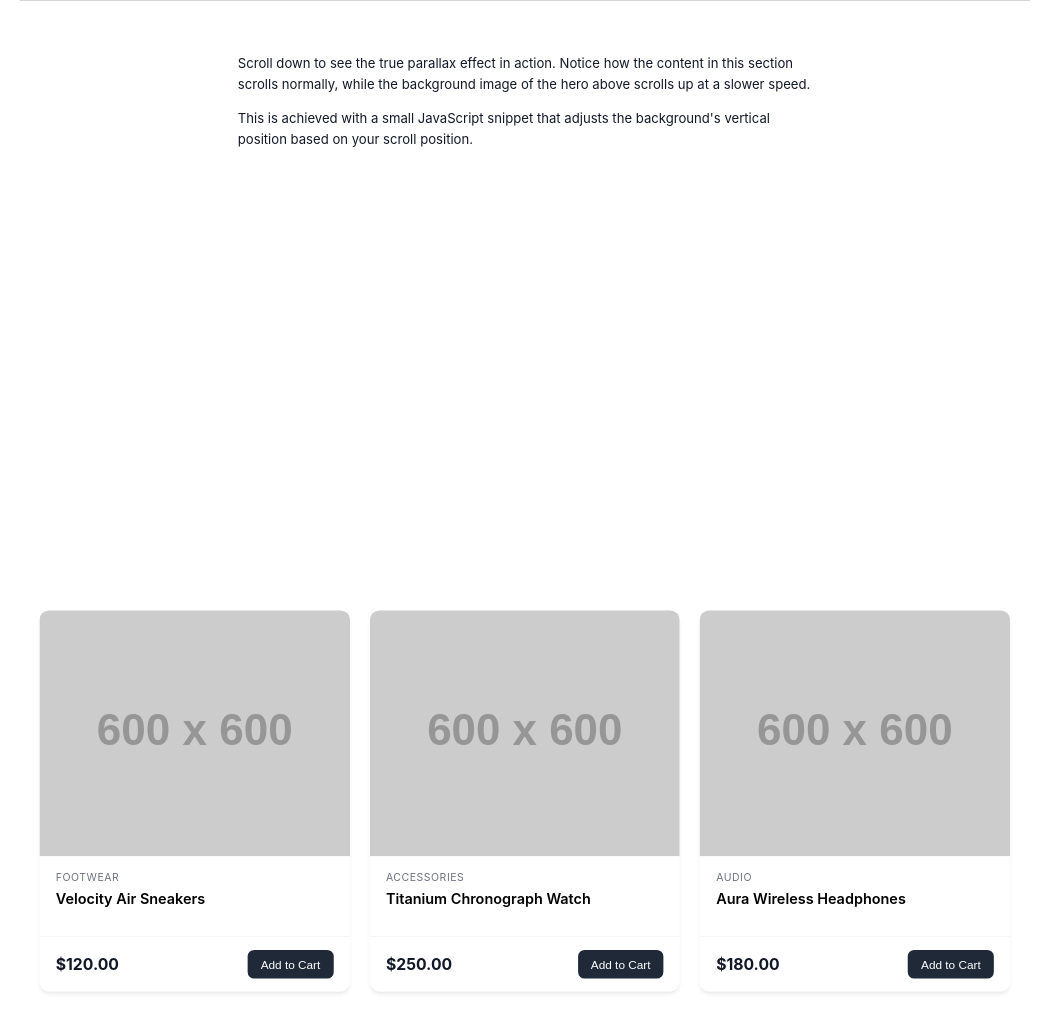
Repository: rywkoo/guitar-mart
Page: http://localhost/
These files come from the project's save history. The page is drawn as it stood at one moment and after the next save; the edit follows.
The browser window is 1280 px wide. The pictures show the part of the page from y = 748 to 2144 px (the page is 1981 px tall before and 2144 px after), at 82% of full size.
The page is served by the project's application, run on Flask 3 (app.py). Other server files are loaded and not shown.

Above is the page before, as saved 2025-10-28 12:47:55.

### templates/home.html
{% extends "base.html" %}
{% block title %}Home - Mini Mart{% endblock %}

{% block content %}
<style>
    :root {
        /*
            Using an image from picsum.photos for demonstration.
            Replace with your own image.
        */
        --psh-bg-image: url('https://picsum.photos/id/1015/1600/1200');
        --psh-min-height: 90vh;
        --psh-padding: 0rem 0rem;
        --psh-text-color: #ffffff;
        --psh-overlay-color: rgba(17, 24, 39, 0.5);
        --psh-cta-bg: #fff;
        --psh-cta-text-color: #111827;
        --psh-cta-hover-bg: #f3f4f6;
    }
    .parallax-hero {
        box-sizing: border-box;
        font-family: ui-sans-serif, system-ui, -apple-system, BlinkMacSystemFont, "Segoe UI", Roboto, "Helvetica Neue", Arial, "Noto Sans", sans-serif, "Apple Color Emoji", "Segoe UI Emoji", "Segoe UI Symbol", "Noto Color Emoji";
        min-height: var(--psh-min-height);
        padding: var(--psh-padding);
        width: 100%;
        position: relative;
        display: flex;
        justify-content: center;
        align-items: center;
        text-align: center;
        background-image: var(--psh-bg-image);
        background-position: center 0;
        background-repeat: no-repeat;
        background-size: cover;
    }
    .parallax-hero::before {
        content: '';
        position: absolute;
        top: 0; left: 0; right: 0; bottom: 0;
        background-color: var(--psh-overlay-color);
        z-index: 1;
    }
    .parallax-hero * {
         box-sizing: border-box;
    }
    .psh-content {
        position: relative;
        z-index: 2;
        max-width: 900px;
        color: var(--psh-text-color);
    }
    .psh-content .title {
        font-size: clamp(2.5rem, 6vw, 4.5rem);
        font-weight: 800;
        line-height: 1.1;
        margin: 0 0 1rem;
        text-shadow: 0 2px 4px rgba(0,0,0,0.2);
    }
    .psh-content .subtitle {
        font-size: clamp(1.1rem, 3vw, 1.25rem);
        margin: 0 0 2rem;
        max-width: 700px;
        margin-left: auto;
        margin-right: auto;
    }
    .psh-content .cta {
        display: inline-block;
        background-color: var(--psh-cta-bg);
        color: var(--psh-cta-text-color);
        padding: 0.9rem 2.2rem;
        border-radius: 8px;
        border: none;
        font-size: 1.05rem;
        font-weight: 600;
        text-decoration: none;
        cursor: pointer;
        transition: background-color 0.3s ease;
    }
    .psh-content .cta:hover {
        background-color: var(--psh-cta-hover-bg);
    }

    /* Extra content section for demonstrating the scroll effect */
    .scroll-demo-content {
        height: 100vh; /* Ensures a lot of scroll space */
        padding: 4rem 1.5rem;
        background-color: #fff;
        color: #111827;
    }
    .scroll-demo-content p {
        max-width: 700px;
        margin: 0 auto 1rem;
        line-height: 1.6;
    }

    /* === Grid Container for the Cards === */
    .cards-grid-container {
        display: grid;
        grid-template-columns: repeat(auto-fill, minmax(280px, 1fr));
        gap: 1.5rem;
        padding: 1.5rem;
    }

    /* === Product Card Styles === */
    .product-card {
        --product-card-radius: 12px;
        --product-card-shadow: 0 4px 6px -1px rgba(0,0,0,0.07), 0 2px 4px -2px rgba(0,0,0,0.07);

        background-color: #ffffff;
        border-radius: var(--product-card-radius);
        box-shadow: var(--product-card-shadow);
        overflow: hidden;
        display: flex;
        flex-direction: column;
        transition: box-shadow 0.2s ease, transform 0.2s ease;
    }

    .product-card:hover {
        transform: translateY(-5px);
        box-shadow: 0 10px 15px -3px rgba(0,0,0,0.1), 0 4px 6px -4px rgba(0,0,0,0.1);
    }

    .product-card a.product-card-link {
        text-decoration: none;
        color: inherit;
    }

    /* Image container */
    .product-card-image-container {
        position: relative;
        background-color: #f3f4f6; /* Fallback for transparent images */
    }

    .product-card-image {
        width: 100%;
        height: 300px;
        object-fit: cover;
        display: block;
    }

    /* Product details */
    .product-card-content {
        padding: 1rem 1.25rem;
        display: flex;
        flex-direction: column;
        flex-grow: 1; /* Pushes footer to the bottom */
    }

    .product-card-category {
        font-size: 0.8rem;
        color: #6b7280;
        text-transform: uppercase;
        letter-spacing: 0.05em;
        margin-bottom: 0.25rem;
    }

    .product-card-title {
        font-size: 1.1rem;
        font-weight: 600;
        line-height: 1.4;
        margin: 0;
    }

    /* Price and Action button footer */
    .product-card-footer {
        display: flex;
        justify-content: space-between;
        align-items: center;
        padding: 1rem 1.25rem;
        border-top: 1px solid #f3f4f6;
        margin-top: 1rem;
    }

    .product-card-price {
        font-size: 1.2rem;
        font-weight: 700;
        color: #111827;
    }

    .product-card-cta {
        background-color: #1f2937;
        color: #ffffff;
        font-size: 0.9rem;
        font-weight: 500;
        border: none;
        border-radius: 8px;
        padding: 0.6rem 1rem;
        cursor: pointer;
        transition: background-color 0.2s ease;
    }

    .product-card-cta:hover {
        background-color: #374151;
    }

</style>

<!--
======================================================================
  HTML
  - Place this in your <body> where you want the component to appear.
======================================================================
-->
<section class="parallax-hero" id="parallax-hero-section">
    <div class="psh-content">
        <h1 class="title">A New Perspective</h1>
        <p class="subtitle">Our innovative approach redefines industry standards, creating solutions that are both powerful and elegant.</p>
        <a href="#" role="button" class="cta">Learn More About Us</a>
    </div>
</section>

<!-- This section is just for demonstration to create scroll space -->
<section class="scroll-demo-content">
    <p>Scroll down to see the true parallax effect in action. Notice how the content in this section scrolls normally, while the background image of the hero above scrolls up at a slower speed.</p>
    <p>This is achieved with a small JavaScript snippet that adjusts the background's vertical position based on your scroll position.</p>
</section>
<div class="cards-grid-container">

    <!-- Product 1 -->
    <article class="product-card">
        <a href="#" class="product-card-link">
            <div class="product-card-image-container">
                 <!-- Image by placehold.co. Replace with your own. -->
                <img src="https://placehold.co/600x600/6366f1/ffffff/png?text=Sneakers" alt="A pair of colorful modern athletic sneakers." class="product-card-image">
            </div>
            <div class="product-card-content">
                <span class="product-card-category">Footwear</span>
                <h3 class="product-card-title">Velocity Air Sneakers</h3>
            </div>
        </a>
        <footer class="product-card-footer">
            <span class="product-card-price">$120.00</span>
            <button type="button" class="product-card-cta">Add to Cart</button>
        </footer>
    </article>

    <!-- Product 2 -->
    <article class="product-card">
        <a href="#" class="product-card-link">
            <div class="product-card-image-container">
                 <!-- Image by placehold.co. Replace with your own. -->
                <img src="https://placehold.co/600x600/f59e0b/ffffff/png?text=Watch" alt="A stylish silver wristwatch with a dark face." class="product-card-image">
            </div>
            <div class="product-card-content">
                <span class="product-card-category">Accessories</span>
                <h3 class="product-card-title">Titanium Chronograph Watch</h3>
            </div>
        </a>
        <footer class="product-card-footer">
            <span class="product-card-price">$250.00</span>
            <button type="button" class="product-card-cta">Add to Cart</button>
        </footer>
    </article>

    <!-- Product 3 -->
    <article class="product-card">
        <a href="#" class="product-card-link">
            <div class="product-card-image-container">
                <!-- Image by placehold.co. Replace with your own. -->
                <img src="https://placehold.co/600x600/10b981/ffffff/png?text=Audio" alt="A pair of sleek wireless over-ear headphones in black." class="product-card-image">
            </div>
            <div class="product-card-content">
                <span class="product-card-category">Audio</span>
                <h3 class="product-card-title">Aura Wireless Headphones</h3>
            </div>
        </a>
        <footer class="product-card-footer">
            <span class="product-card-price">$180.00</span>
            <button type="button" class="product-card-cta">Add to Cart</button>
        </footer>
    </article>

</div>
<!--
======================================================================
  JavaScript
  - Place this right before your closing </body> tag.
======================================================================
-->
<script>
(function() {
    const parallaxSection = document.getElementById('parallax-hero-section');
    if (!parallaxSection) return;

    // --- Configuration ---
    const parallaxSpeed = 0.5; // Set speed factor. 0.5 means it scrolls at half the speed.
    // --- End Configuration ---

    window.addEventListener('scroll', function() {
        const offset = window.pageYOffset;
        parallaxSection.style.backgroundPositionY = offset * parallaxSpeed + 'px';
    });
})();
</script>
{% endblock %}

### app.py
from flask import Flask, render_template
from extensions import db, migrate, jwt
from config import Config

# Import blueprints
from routes.auth import auth_bp
from routes.products import products_bp
from routes.categories import categories_bp
from routes.cart import cart_bp
from routes.invoices import invoices_bp
from routes.admin import admin_bp

app = Flask(__name__)
app.config.from_object(Config)

# Initialize extensions
db.init_app(app)
migrate.init_app(app, db)
jwt.init_app(app)

# Register blueprints
app.register_blueprint(auth_bp, url_prefix="/api/auth")
app.register_blueprint(products_bp, url_prefix="/api/products")
app.register_blueprint(categories_bp, url_prefix="/api/categories")
app.register_blueprint(cart_bp, url_prefix="/api/cart")
app.register_blueprint(invoices_bp, url_prefix="/api/invoices")
app.register_blueprint(admin_bp)

@app.route("/test-product")
def test_product():
    return render_template("test_product.html")

@app.route("/register-page")
def register_page():
    return render_template("register.html")

@app.route("/login")
def login_page():
    return render_template("login.html")

@app.route("/admin/dashboard")
def dashboard_page():
    return render_template("admin/dashboard.html")

@app.route("/")
def home_page():
    return render_template("home.html")

if __name__ == "__main__":
    app.run(debug=True)

Loaded but not shown: templates/base.html (194 lines, source omitted)

After the next save:
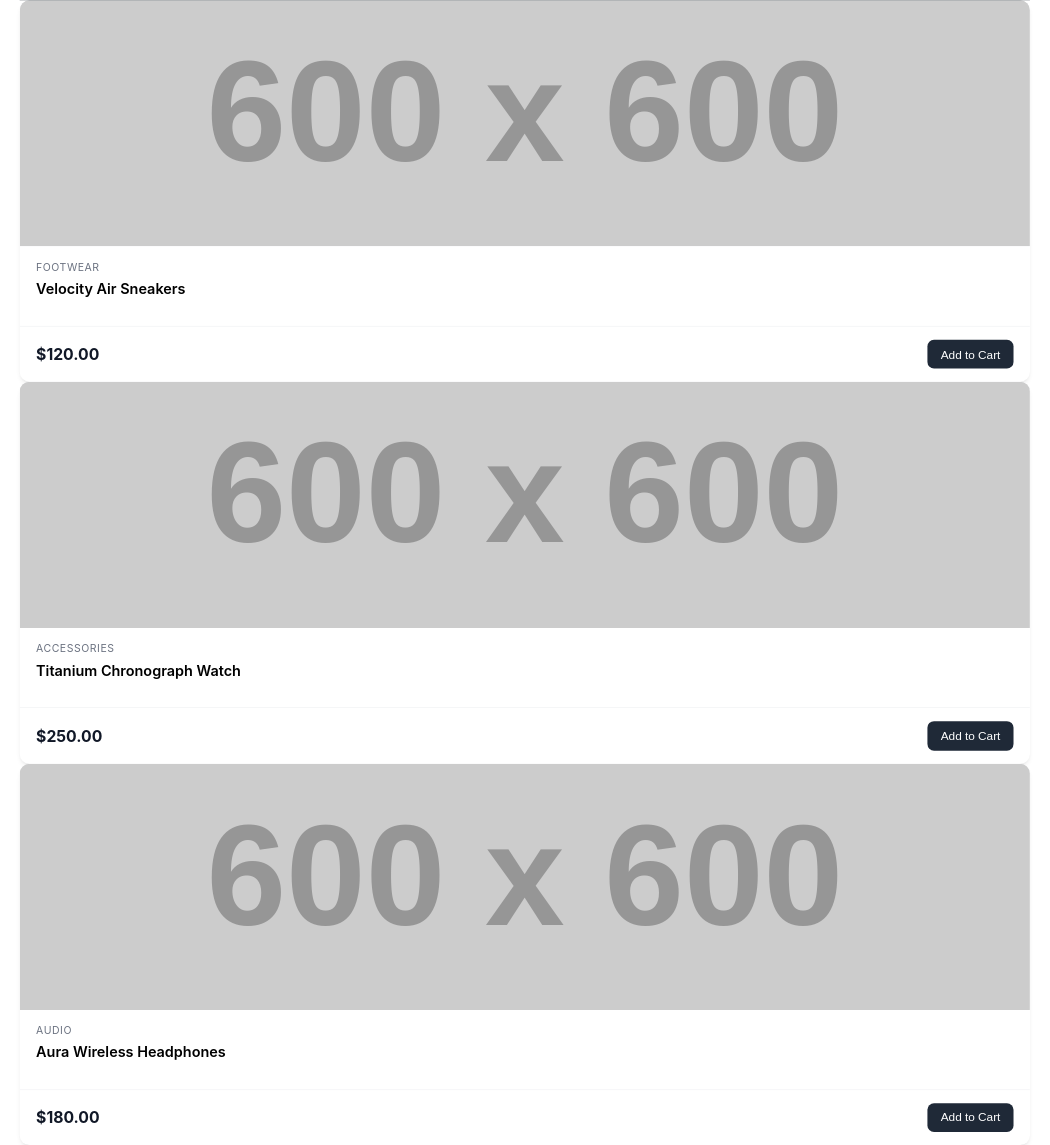
Saved 14 s later.
--- a/templates/home.html
+++ b/templates/home.html
@@ -209,12 +209,6 @@
     </div>
 </section>
 
-<!-- This section is just for demonstration to create scroll space -->
-<section class="scroll-demo-content">
-    <p>Scroll down to see the true parallax effect in action. Notice how the content in this section scrolls normally, while the background image of the hero above scrolls up at a slower speed.</p>
-    <p>This is achieved with a small JavaScript snippet that adjusts the background's vertical position based on your scroll position.</p>
-</section>
-<div class="cards-grid-container">
 
     <!-- Product 1 -->
     <article class="product-card">
